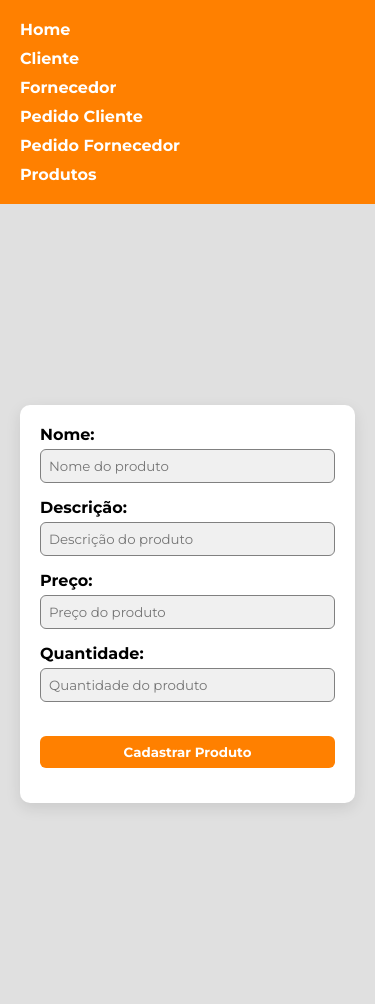
Repository: walterdmp/JavaWeb_BartoBotinas
Page: http://localhost/BartoBotinas/cadastrarProduto.jsp
These files come from the project's save history. The page is drawn as it stood at one moment and after the next save; the edit follows.
The browser window is 375 px wide. The pictures show the whole page.
The page is served by Tomcat 9.

Above is the page before, as saved 2024-07-30 23:02:52.

After the next save:
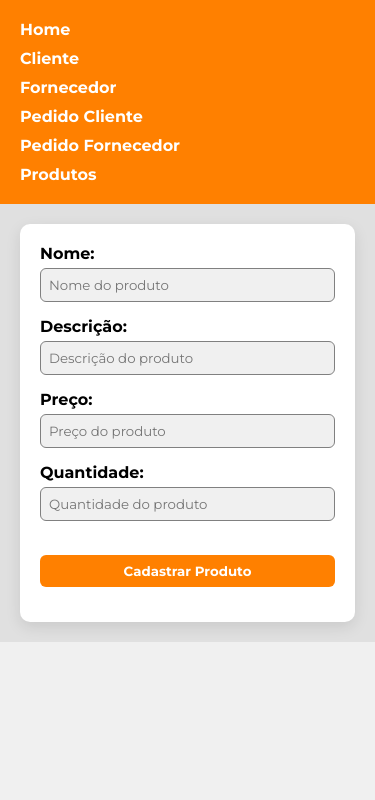
Saved 19 s later.
--- a/BartoBotinas/WebContent/css/estilo.css
+++ b/BartoBotinas/WebContent/css/estilo.css
@@ -1,6 +1,8 @@
 @charset "ISO-8859-1";
 
-@import url('https://fonts.googleapis.com/css2?family=Montserrat:ital,wght@0,100;0,200;0,300;0,400;0,500;0,600;0,700;0,800;0,900;1,100;1,200;1,300;1,400;1,500;1,600;1,700;1,800&display=swap');
+@import
+	url('https://fonts.googleapis.com/css2?family=Montserrat:ital,wght@0,100;0,200;0,300;0,400;0,500;0,600;0,700;0,800;0,900;1,100;1,200;1,300;1,400;1,500;1,600;1,700;1,800&display=swap')
+	;
 
 * {
 	margin: 0;
@@ -47,23 +49,25 @@ body {
 	align-items: center;
 	background-color: #e0e0e0;
 	width: 100%;
-	height: 100vh;
+	height: auto; /* Ajuste para a altura do conteúdo */
 	padding: 20px;
 }
 
 /* Estilos de Formulários Gerais */
-.bartoForm, .empresaInfo, .itensPedidoForm, .fornecedorForm, .produtoForm {
+.bartoForm, .empresaInfo, .itensPedidoForm, .fornecedorForm,
+	.produtoForm {
 	display: flex;
 	flex-direction: column;
 	padding: 30px;
 	width: 100%;
-	max-width: 500px;
+	max-width: 600px; /* Aumentado para se ajustar melhor ao conteúdo */
 	background-color: white;
 	border-radius: 10px;
 	box-shadow: 0 5px 15px rgba(0, 0, 0, 0.1);
 }
 
-.bartoForm input, .itensPedidoForm input, .fornecedorForm input, .produtoForm input {
+.bartoForm input, .itensPedidoForm input, .fornecedorForm input,
+	.produtoForm input, .empresaInfo input {
 	border-radius: 6px;
 	border: 1px solid gray;
 	width: 100%;
@@ -72,20 +76,23 @@ body {
 	transition: background-color 0.3s ease, border-color 0.3s ease;
 }
 
-.bartoForm input:focus, .itensPedidoForm input:focus, .fornecedorForm input:focus, .produtoForm input:focus {
+.bartoForm input:focus, .itensPedidoForm input:focus, .fornecedorForm input:focus,
+	.produtoForm input:focus {
 	background-color: #fff;
 	border-color: #ff8000;
 	outline: none;
 }
 
-.bartoForm div, .itensPedidoForm div, .fornecedorForm div, .produtoForm div {
+.bartoForm div, .itensPedidoForm div, .fornecedorForm div, .produtoForm div
+	{
 	display: flex;
 	flex-direction: column;
 	width: 100%;
 	margin-bottom: 15px;
 }
 
-.bartoForm label, .itensPedidoForm label, .fornecedorForm label, .produtoForm label {
+.bartoForm label, .itensPedidoForm label, .fornecedorForm label,
+	.produtoForm label {
 	margin-bottom: 5px;
 	font-weight: 600;
 }
@@ -106,7 +113,8 @@ body {
 }
 
 /* Estilos para a Página da Empresa */
-.empresaInfo h1, .itensPedidoForm h1, .fornecedorForm h1, .produtoForm h1 {
+.empresaInfo h1, .itensPedidoForm h1, .fornecedorForm h1, .produtoForm h1
+	{
 	margin-bottom: 15px;
 	font-size: 22px;
 	color: #333;
@@ -123,26 +131,18 @@ body {
 }
 
 /* Estilos de Mídia Responsiva */
-@media (max-width: 600px) {
+@media ( max-width : 600px) {
 	.bartoNav ul {
 		flex-direction: column;
 		gap: 10px;
 	}
-
-	.bartoForm, .empresaInfo, .itensPedidoForm, .fornecedorForm, .produtoForm {
+	.bartoForm, .empresaInfo, .itensPedidoForm, .fornecedorForm,
+		.produtoForm {
 		padding: 20px;
 		width: 100%;
 	}
-
-	.bartoForm input, .itensPedidoForm input, .fornecedorForm input, .produtoForm input {
-		width: 100%;
-	}
-
-	.endereco {
-		flex-direction: column;
-	}
-
-	.endereco > div {
+	.bartoForm input, .itensPedidoForm input, .fornecedorForm input,
+		.produtoForm input {
 		width: 100%;
 	}
 }
